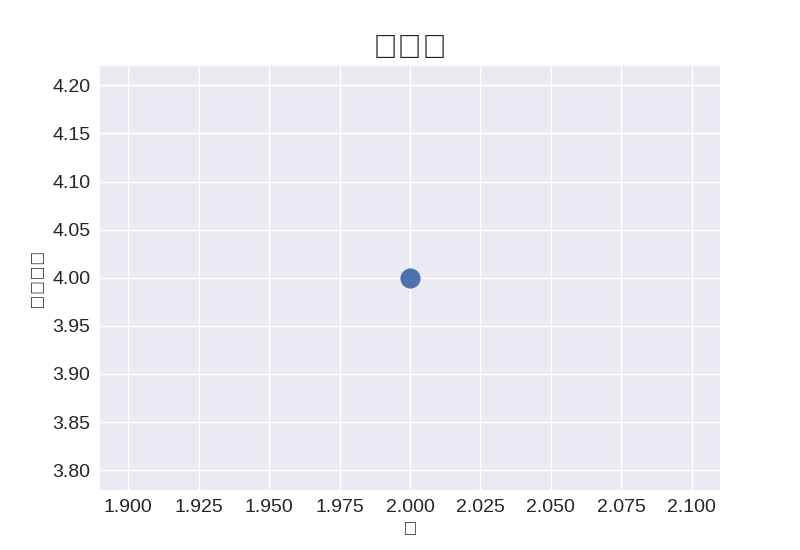
Repository: wh-debug/Matplotlib
Script's output: python make_scatter.py
These files come from the project's save history. The script's output is drawn as it stood at one moment and after a run of saves; the edit follows.
Random numbers start from a fixed seed.

Above is the script's output before, as saved 2021-02-23 15:01:09.

After the next 2 saves:
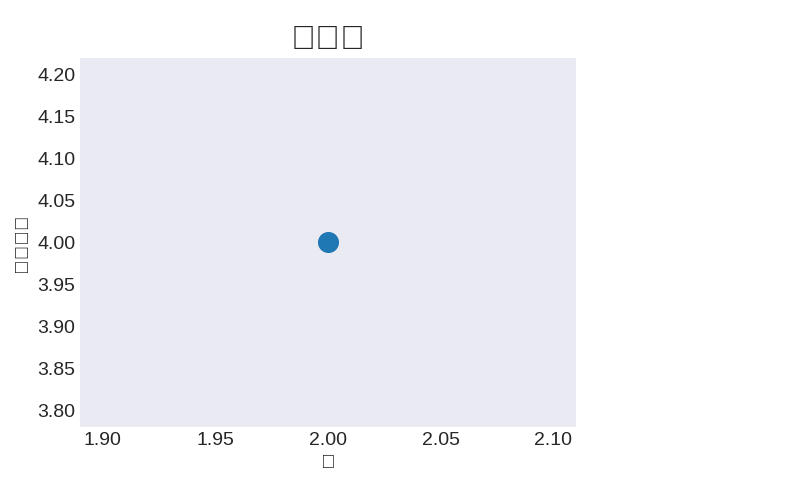
The 2 saves are shown as one change because they came seconds apart.
The last was saved 12 min 5 s later.
--- a/make_scatter.py
+++ b/make_scatter.py
@@ -1,14 +1,14 @@
 '''
 Author: your name
 Date: 2021-02-20 08:00:13
-LastEditTime: 2021-02-23 14:59:30
+LastEditTime: 2021-02-23 15:13:14
 LastEditors: Please set LastEditors
 Description: In User Settings Edit
 FilePath: \Matplotlib\make_scatter.py
 '''
 import matplotlib.pyplot as plt
 
-plt.style.use('seaborn')
+plt.style.use('seaborn-dark')
 fig, ax = plt.subplots()
 ax.scatter(2, 4, s=200)
 
